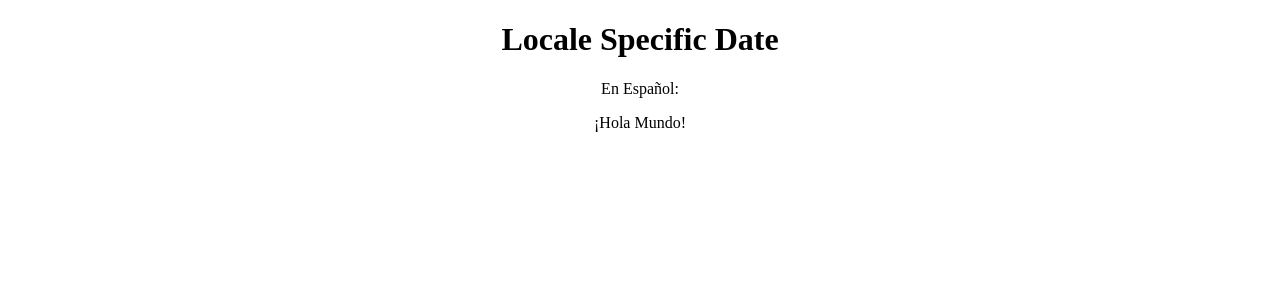
Repository: eterinfi/java
Page: http://localhost/JSPDemo/DateLocale.jsp
An editor plug-in stored every save of this project. The page is shown before and after the next save, followed by the edit.
The browser window is 1280 px wide. The pictures show the whole page.
The page is served by Tomcat 9. Nobody is signed in. The application's start-up code is not run. Other server files are loaded and not shown.

Above is the page before, as saved 2016-11-16 10:27:20.

### jee/JSPDemo/WebContent/DateLocale.jsp
<%@ page language="java" contentType="text/html; charset=UTF-8"
    pageEncoding="UTF-8"%>
<%@ page import="java.util.Locale, java.util.Date, java.text.DateFormat" %>
<!DOCTYPE html PUBLIC "-//W3C//DTD HTML 4.01 Transitional//EN" "http://www.w3.org/TR/html4/loose.dtd">
<%
  String title = "Locale Specific Date";
  // Get the client's Locale
  Locale locale = request.getLocale();
  String date = DateFormat.getDateTimeInstance(DateFormat.FULL, DateFormat.SHORT, locale).format(new Date());
%>
<html>
<head>
  <meta http-equiv="Content-Type" content="text/html; charset=UTF-8">
  <title><% out.print(title); %></title>
</head>
<body>
  <center>
    <h1><% out.print(title); %></h1>
  </center>
  <div align="center">
    <p>En Espa&ntilde;ol:</p>
    <p>&iexcl;Hola Mundo!</p>
  </div>
</body>
</html>

After the next save:
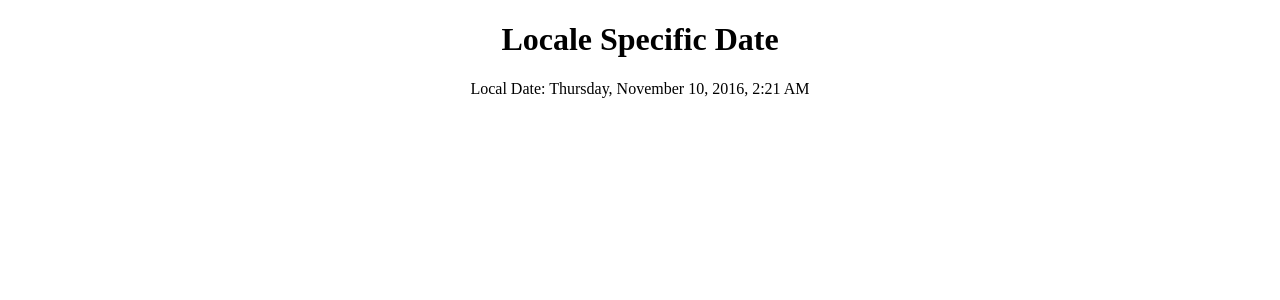
Saved 44 s later.
--- a/jee/JSPDemo/WebContent/DateLocale.jsp
+++ b/jee/JSPDemo/WebContent/DateLocale.jsp
@@ -18,8 +18,7 @@
     <h1><% out.print(title); %></h1>
   </center>
   <div align="center">
-    <p>En Espa&ntilde;ol:</p>
-    <p>&iexcl;Hola Mundo!</p>
+    <p>Local Date: <% out.print(date); %></p>
   </div>
 </body>
 </html>
